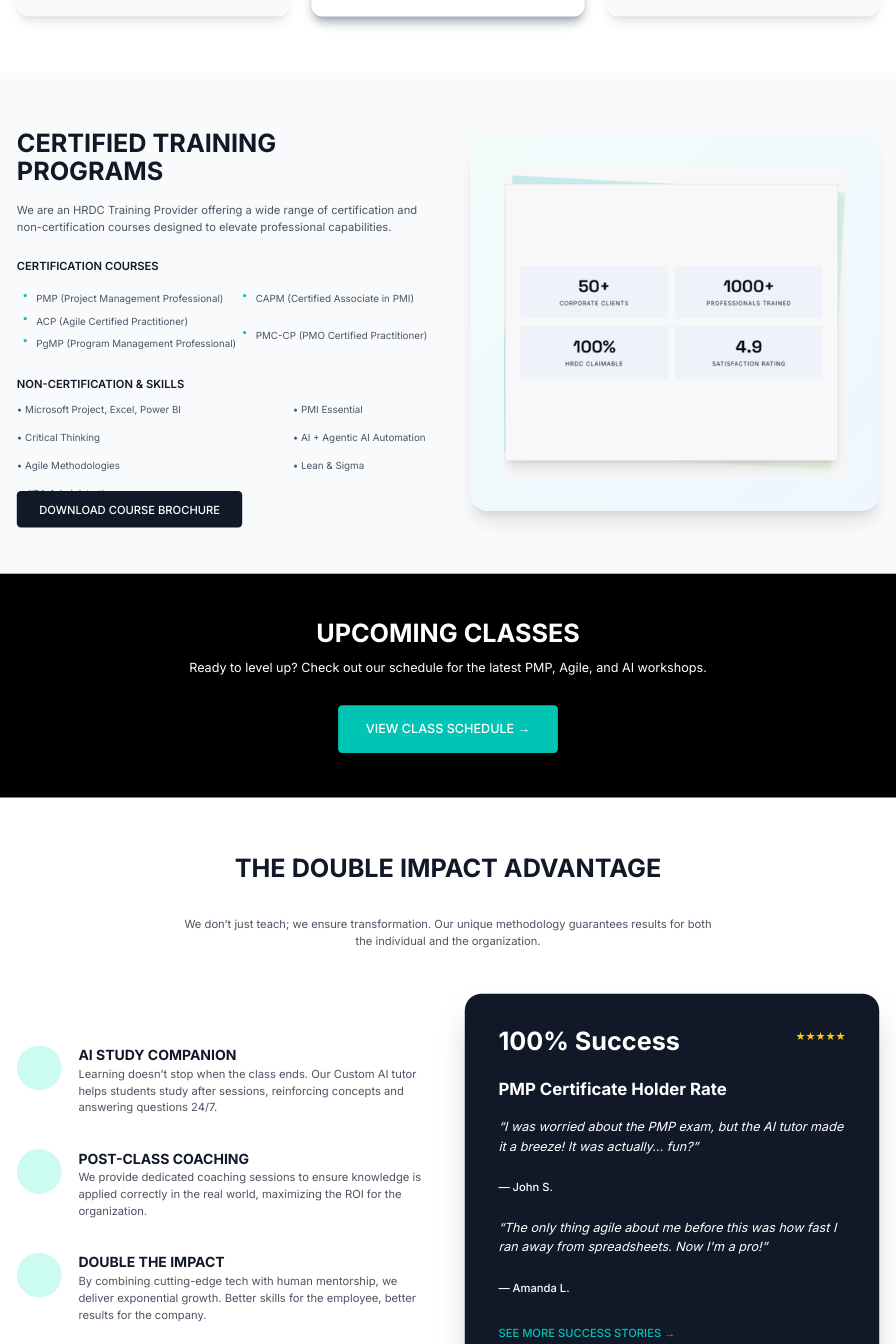
Repository: hsuntariq/web-pages
Page: impact/index.html
These files come from the project's save history. The page is drawn as it stood at one moment and after the next save; the edit follows.
The browser window is 1280 px wide. The pictures show the part of the page from y = 1262 to 3182 px (the page is 3925 px tall before and 3989 px after), at 70% of full size.
Some web libraries are served in a nearby version.

Above is the page before, as saved 2025-12-28 20:37:25.

### impact/index.html
<!DOCTYPE html>
<html lang="en" class="scroll-smooth">
  <head>
    <meta charset="UTF-8" />
    <meta name="viewport" content="width=device-width, initial-scale=1.0" />
    <title>
      Impact Through Execution – HRDC Certified Training Provider Malaysia
    </title>
    <meta
      name="description"
      content="HRDC certified training provider offering PMP, CAPM, Agile, AI in PM, and digital transformation courses in Malaysia. Consultancy, corporate training, and execution solutions."
    />
    <link
      rel="stylesheet"
      href="https://cdn.jsdelivr.net/npm/bootstrap-icons@1.13.1/font/bootstrap-icons.min.css"
    />
    <script src="https://cdn.tailwindcss.com"></script>
    <script>
      tailwind.config = {
        theme: {
          extend: {
            colors: {
              primary: "#00C4B4", // teal for buttons
              accent: "#122F87", // dark blue for accents
            },
          },
        },
      };
    </script>
    <link
      href="https://fonts.googleapis.com/css2?family=Inter:wght@400;500;600;700;800&display=swap"
      rel="stylesheet"
    />
    <style>
      body {
        font-family: "Inter", sans-serif;
      }
    </style>
  </head>
  <body class="bg-white text-gray-900">
    <!-- Navigation -->
    <header class="fixed top-0 left-0 right-0 bg-white shadow-md z-50">
      <nav
        class="max-w-7xl mx-auto px-6 py-4 flex items-center justify-between"
      >
        <div class="text-2xl font-bold text-accent">IMPACT</div>
        <div class="hidden md:flex space-x-8 text-sm font-medium">
          <a href="#services" class="hover:text-primary transition">SERVICES</a>
          <a href="#training" class="hover:text-primary transition">TRAINING</a>
          <a href="#about" class="hover:text-primary transition">ABOUT</a>
          <a href="#contact" class="hover:text-primary transition">CONTACT</a>
        </div>
        <a
          href="#"
          class="bg-primary text-white px-6 py-3 rounded-md font-medium hover:bg-primary/90 transition"
          >GET STARTED</a
        >
      </nav>
    </header>

    <!-- Hero Section -->
    <section class="pt-24 pb-16 bg-gray-50">
      <div
        class="max-w-7xl mx-auto px-6 grid lg:grid-cols-2 gap-12 items-center"
      >
        <div>
          <img
            src="https://precisionwellness.my/wp-content/uploads/2025/06/HRDC_Claimable_Registered_Training_Provider_Logos-scaled.webp"
            alt="HRDC Certified Training Provider"
            class="h-12 mb-6"
          />
          <h1
            class="text-5xl md:text-6xl font-bold text-gray-900 leading-tight"
          >
            IMPACT<br />
            <span
              class="bg-gradient-to-r text-transparent from-teal-500 bg-clip-text to-green-400"
            >
              THROUGH
            </span>
            <br />EXECUTION
          </h1>
          <p
            class="text-lg text-gray-600 border border-l-3 border-teal-400 border-2 border-t-0 border-b-0 border-e-0 ps-5 mt-6 mb-8"
          >
            We bring value that has strong impact to the organization &
            individual through Consultancy, Training, and Digital Execution.
          </p>
          <div class="flex flex-col sm:flex-row gap-4">
            <a
              href="#"
              class="bg-primary text-white px-8 py-4 rounded-md font-medium hover:bg-primary/90 transition"
              >OUR SERVICES</a
            >
            <a
              href="#"
              class="border border-gray-900 text-gray-900 px-8 py-4 rounded-md font-medium hover:bg-gray-900 hover:text-white transition"
              >CONTACT US</a
            >
          </div>
        </div>
        <div class="relative">
          <img
            src="./hero.PNG"
            alt="Agentic AI transforming project management"
            class="rounded-2xl shadow-2xl w-full"
          />
          <!-- <div
            class="absolute top-4 right-4 bg-black text-white px-4 py-2 rounded-md text-sm font-medium"
          >
            AGENTIC AI
          </div> -->
          <!-- <div
            class="absolute bottom-4 left-4 bg-black text-white px-6 py-3 rounded-md font-medium"
          >
            PMO EXPERT<br />Delivering project delivery excellence
          </div> -->
        </div>
      </div>
    </section>

    <!-- Core Capabilities -->
    <section class="py-20 bg-white">
      <div class="max-w-7xl mx-auto px-6">
        <div
          class="grid grid-cols-1 md:grid-cols-2 justify-between items-center"
        >
          <h2 class="text-4xl font-bold text-left mb-12">CORE CAPABILITIES</h2>
          <p class="text-left text-gray-600 mb-16 w-full md:w-1/2 mx-auto">
            Comprehensive solutions designed to transform your business
            operations and empower your workforce.
          </p>
        </div>
        <div class="grid grid-cols-1 md:grid-cols-3 gap-8">
          <!-- Consultancy PM & AI -->
          <div class="bg-gray-50 rounded-2xl p-8 shadow-lg">
            <div
              class="bg-teal-100 w-16 flex justify-center items-center h-16 rounded-full mb-6"
            >
              <i class="bi bi-perplexity"></i>
            </div>
            <h3 class="text-2xl font-bold mb-4">CONSULTANCY PM & AI</h3>
            <ul class="space-y-3 text-gray-600">
              <li>• Agentic AI Implementation</li>
              <li>• PMO Setup & Optimization</li>
              <li>• Business Process Reengineering</li>
              <li>• Project Execution Strategy</li>
            </ul>
            <a
              href="#"
              class="mt-8 inline-block text-primary font-medium hover:underline"
              >LEARN MORE →</a
            >
          </div>
          <!-- Training -->
          <div
            class="bg-gradient-to-b from-teal-50 to-white rounded-2xl shadow-2xl shadow-gray-400 border-e-0 border-s-0 border-b-0 border-[5px] p-8 shadow-lg border border-green-400"
          >
            <div
              class="bg-green-200 w-16 flex justify-center items-center h-16 rounded-full mb-6"
            >
              <i class="bi bi-people"></i>
            </div>
            <h3 class="text-2xl font-bold mb-4">TRAINING</h3>
            <p class="text-gray-600 mb-6">
              Empower your team with industry-recognized certifications and
              practical skills.
            </p>
            <div class="flex flex-wrap gap-2 mb-6">
              <span class="bg-gray-200 px-3 py-1 rounded text-sm">PMP</span>
              <span class="bg-gray-200 px-3 py-1 rounded text-sm">CAPM</span>
              <span class="bg-gray-200 px-3 py-1 rounded text-sm">Agile</span>
              <span class="bg-gray-200 px-3 py-1 rounded text-sm">PMC-CP</span>
              <span class="bg-gray-200 px-3 py-1 rounded text-sm"
                >Lean & Sigma</span
              >
              <span class="bg-gray-200 px-3 py-1 rounded text-sm"
                >Power BI</span
              >
            </div>
            <a
              href="#"
              class="mt-8 inline-block text-green-400 font-medium hover:underline"
              >VIEW COURSE CATALOG →</a
            >
          </div>
          <!-- Digital Execution -->
          <div class="bg-gray-50 rounded-2xl p-8 shadow-lg">
            <div
              class="bg-blue-100 w-16 flex justify-center items-center h-16 rounded-full mb-6"
            >
              <i class="bi bi-cpu"></i>
            </div>
            <h3 class="text-2xl font-bold mb-4">DIGITAL EXECUTION</h3>
            <ul class="space-y-3 text-gray-600">
              <li>• Digital Transformation</li>
              <li>• Automation Workflows</li>
              <li>• Data Analytics Solutions</li>
            </ul>
            <a
              href="#"
              class="mt-8 inline-block text-primary font-medium hover:underline"
              >LEARN MORE →</a
            >
          </div>
        </div>
      </div>
    </section>

    <!-- Certified Training Programs -->
    <section class="py-20 bg-gray-50">
      <div
        class="max-w-7xl mx-auto px-6 grid lg:grid-cols-2 gap-16 items-center"
      >
        <div>
          <h2 class="text-4xl font-bold mb-6">CERTIFIED TRAINING PROGRAMS</h2>
          <p class="text-gray-600 mb-8">
            We are an HRDC Training Provider offering a wide range of
            certification and non-certification courses designed to elevate
            professional capabilities.
          </p>
          <div class="space-y-8">
            <div>
              <h4 class="font-semibold mb-4">CERTIFICATION COURSES</h4>
              <ul class="space-y-3 text-gray-600">
                <div class="flex justify-between text-sm">
                  <div class="flex flex-col">
                    <li class="w-max">
                      <i class="bi bi-dot text-primary text-2xl"></i> PMP
                      (Project Management Professional)
                    </li>
                    <li class="w-max">
                      <i class="bi bi-dot text-primary text-2xl"></i> ACP (Agile
                      Certified Practitioner)
                    </li>
                    <li class="w-max">
                      <i class="bi bi-dot text-primary text-2xl"></i> PgMP
                      (Program Management Professional)
                    </li>
                  </div>
                  <div class="flex flex-col gap-5">
                    <li class="w-max">
                      <i class="bi bi-dot text-primary text-2xl"></i> CAPM
                      (Certified Associate in PMI)
                    </li>
                    <li class="w-max">
                      <i class="bi bi-dot text-primary text-2xl"></i> PMC-CP
                      (PMO Certified Practitioner)
                    </li>
                  </div>
                </div>
              </ul>
            </div>
            <div>
              <h4 class="font-semibold mb-4">NON-CERTIFICATION & SKILLS</h4>
              <ul class="space-y-3 text-gray-600">
                <div class="flex justify-between text-sm">
                  <div class="flex flex-col gap-5">
                    <li>• Microsoft Project, Excel, Power BI</li>
                    <li>• Critical Thinking</li>
                    <li>• Agile Methodologies</li>
                    <li>• JIRA Administration</li>
                  </div>
                  <div class="flex flex-col gap-5">
                    <li>• PMI Essential</li>
                    <li>• AI + Agentic AI Automation</li>
                    <li>• Lean & Sigma</li>
                  </div>
                </div>
              </ul>
            </div>
            <a
              href="#"
              class="bg-gray-900 text-white px-8 py-4 mt-10 rounded-md font-medium hover:bg-gray-800 transition"
              >DOWNLOAD COURSE BROCHURE</a
            >
          </div>
        </div>
        <div
          class="bg-gradient-to-br from-teal-50 to-blue-50 rounded-3xl p-12 shadow-xl"
        >
          <img src="./programs.PNG" class="w-full" alt="" />
        </div>
      </div>
    </section>

    <!-- Upcoming Classes -->
    <section class="py-16 bg-black text-white text-center">
      <div class="max-w-7xl mx-auto px-6">
        <h2 class="text-4xl font-bold mb-4">UPCOMING CLASSES</h2>
        <p class="text-lg mb-10">
          Ready to level up? Check out our schedule for the latest PMP, Agile,
          and AI workshops.
        </p>
        <a
          href="#"
          class="bg-primary text-white px-10 py-5 rounded-md text-lg font-medium hover:bg-primary/90 transition inline-block"
          >VIEW CLASS SCHEDULE →</a
        >
      </div>
    </section>

    <!-- Double Impact Advantage -->
    <section class="py-20 bg-white">
      <div class="max-w-7xl mx-auto px-6">
        <h2 class="text-4xl font-bold text-center mb-12">
          THE DOUBLE IMPACT ADVANTAGE
        </h2>
        <p class="text-center text-gray-600 mb-16 max-w-3xl mx-auto">
          We don’t just teach; we ensure transformation. Our unique methodology
          guarantees results for both the individual and the organization.
        </p>
        <div class="grid lg:grid-cols-2 gap-12 items-center">
          <div class="space-y-12">
            <div class="flex gap-6">
              <div
                class="bg-teal-100 w-16 h-16 rounded-full flex-shrink-0"
              ></div>
              <div>
                <h4 class="font-bold text-xl">AI STUDY COMPANION</h4>
                <p class="text-gray-600">
                  Learning doesn’t stop when the class ends. Our Custom AI tutor
                  helps students study after sessions, reinforcing concepts and
                  answering questions 24/7.
                </p>
              </div>
            </div>
            <div class="flex gap-6">
              <div
                class="bg-teal-100 w-16 h-16 rounded-full flex-shrink-0"
              ></div>
              <div>
                <h4 class="font-bold text-xl">POST-CLASS COACHING</h4>
                <p class="text-gray-600">
                  We provide dedicated coaching sessions to ensure knowledge is
                  applied correctly in the real world, maximizing the ROI for
                  the organization.
                </p>
              </div>
            </div>
            <div class="flex gap-6">
              <div
                class="bg-teal-100 w-16 h-16 rounded-full flex-shrink-0"
              ></div>
              <div>
                <h4 class="font-bold text-xl">DOUBLE THE IMPACT</h4>
                <p class="text-gray-600">
                  By combining cutting-edge tech with human mentorship, we
                  deliver exponential growth. Better skills for the employee,
                  better results for the company.
                </p>
              </div>
            </div>
          </div>
          <div class="relative">
            <div class="bg-gray-900 rounded-3xl p-12 shadow-2xl text-white">
              <div class="flex justify-between items-start mb-8">
                <div class="text-4xl font-bold">100% Success</div>
                <div class="text-yellow-400">★★★★★</div>
              </div>
              <p class="text-2xl font-bold mb-6">PMP Certificate Holder Rate</p>
              <blockquote class="text-lg italic mb-8">
                “I was worried about the PMP exam, but the AI tutor made it a
                breeze! It was actually... fun?”
              </blockquote>
              <p class="font-medium">— John S.</p>
              <blockquote class="text-lg italic mt-8 mb-8">
                “The only thing agile about me before this was how fast I ran
                away from spreadsheets. Now I'm a pro!”
              </blockquote>
              <p class="font-medium">— Amanda L.</p>
              <a
                href="#"
                class="mt-10 inline-block text-primary font-medium hover:underline"
                >SEE MORE SUCCESS STORIES →</a
              >
            </div>
          </div>
        </div>
      </div>
    </section>

    <!-- CTA -->
    <section
      class="py-20"
      style="
        background-image: url('https://thumbs.dreamstime.com/b/creative-glowing-blue-forex-chart-wallpaper-grid-invest-finance-concept-stock-market-chart-business-graph-background-159151545.jpg');
        background-size: cover;
        background-position: center;
      "
    >
      <div class="max-w-7xl mx-auto px-6 text-center text-white">
        <h2 class="text-5xl font-bold mb-6">READY TO MAKE AN IMPACT?</h2>
        <p class="text-xl mb-12">
          Let’s discuss how our consultancy and training solutions can drive
          your organization forward.
        </p>
        <div class="flex flex-col sm:flex-row gap-6 justify-center">
          <a
            href="#"
            class="bg-primary text-white px-10 py-5 rounded-md text-lg font-medium hover:bg-primary/90 transition"
            >GET IN TOUCH</a
          >
          <a
            href="#"
            class="border-2 border-white text-white px-10 py-5 rounded-md text-lg font-medium hover:bg-white hover:text-black transition"
            >VIEW CASE STUDIES</a
          >
        </div>
      </div>
    </section>

    <!-- Footer -->
    <footer class="bg-black text-white py-12">
      <div class="max-w-7xl mx-auto px-6 grid md:grid-cols-4 gap-8">
        <div>
          <div class="text-3xl font-bold mb-4">IMPACT</div>
          <p class="text-sm text-gray-400">
            We bring value that has strong impact to the organization &
            individual through Consultancy, Training, and Digital Execution.
          </p>
        </div>
        <div>
          <h4 class="font-bold mb-4">SERVICES</h4>
          <ul class="space-y-2 text-sm text-gray-400">
            <li>Consultancy PM & AI</li>
            <li>Corporate Training</li>
            <li>Digital Execution</li>
            <li>Business Process Reengineering</li>
          </ul>
        </div>
        <div>
          <h4 class="font-bold mb-4">COMPANY</h4>
          <ul class="space-y-2 text-sm text-gray-400">
            <li>About Us</li>
            <li>Contact</li>
            <li>Careers</li>
            <li>Privacy Policy</li>
          </ul>
        </div>
        <div class="text-right">
          <p class="text-sm text-gray-400">
            © 2025 Impact. All rights reserved.
          </p>
          <p class="text-xs text-gray-500 mt-4">
            HRDC Training Provider Certified
          </p>
        </div>
      </div>
    </footer>
  </body>
</html>

After the next save:
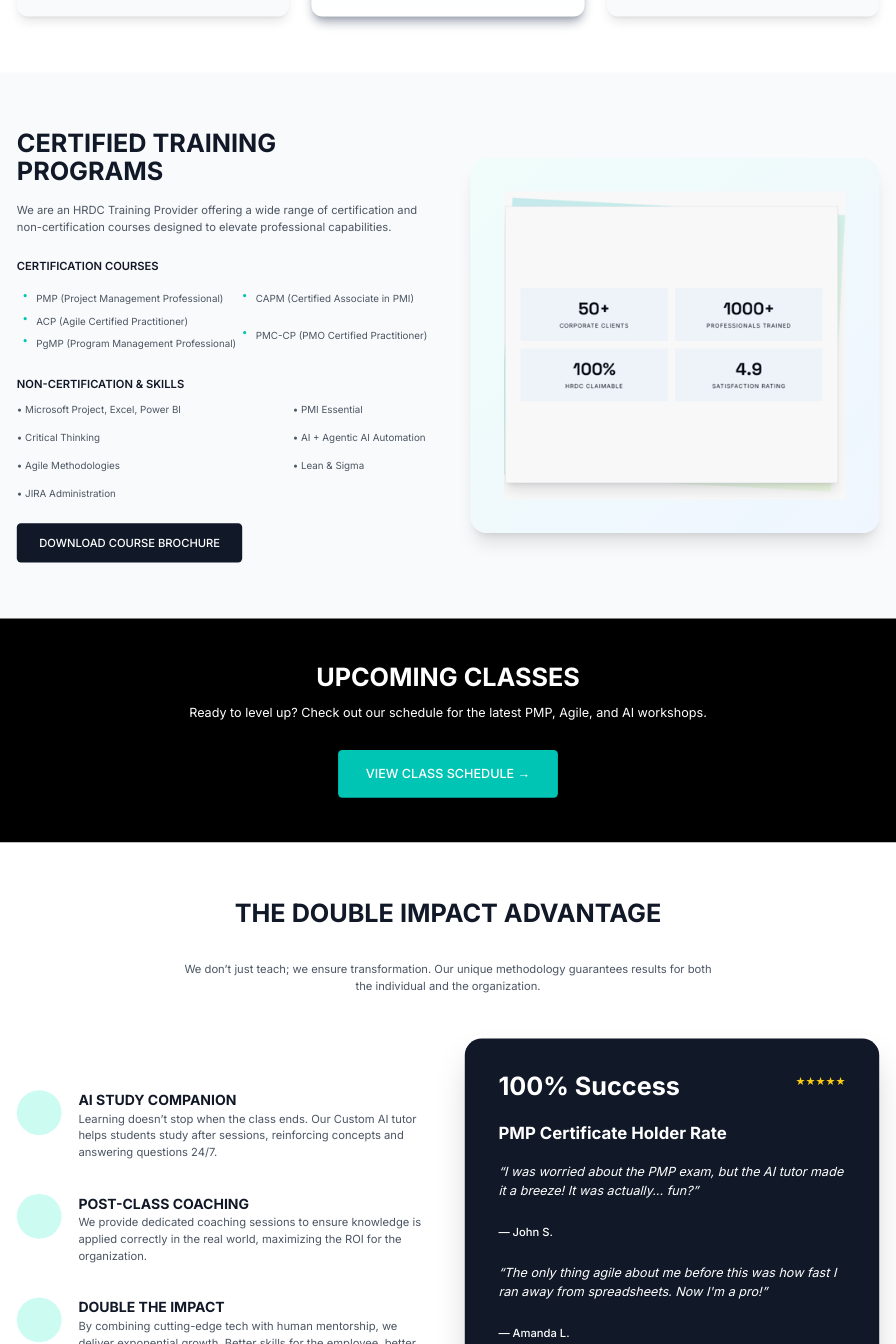
Saved 9 s later.
--- a/impact/index.html
+++ b/impact/index.html
@@ -269,11 +269,12 @@
                 </div>
               </ul>
             </div>
-            <a
+            <button
               href="#"
               class="bg-gray-900 text-white px-8 py-4 mt-10 rounded-md font-medium hover:bg-gray-800 transition"
-              >DOWNLOAD COURSE BROCHURE</a
-            >
+            >
+              DOWNLOAD COURSE BROCHURE
+            </button>
           </div>
         </div>
         <div
